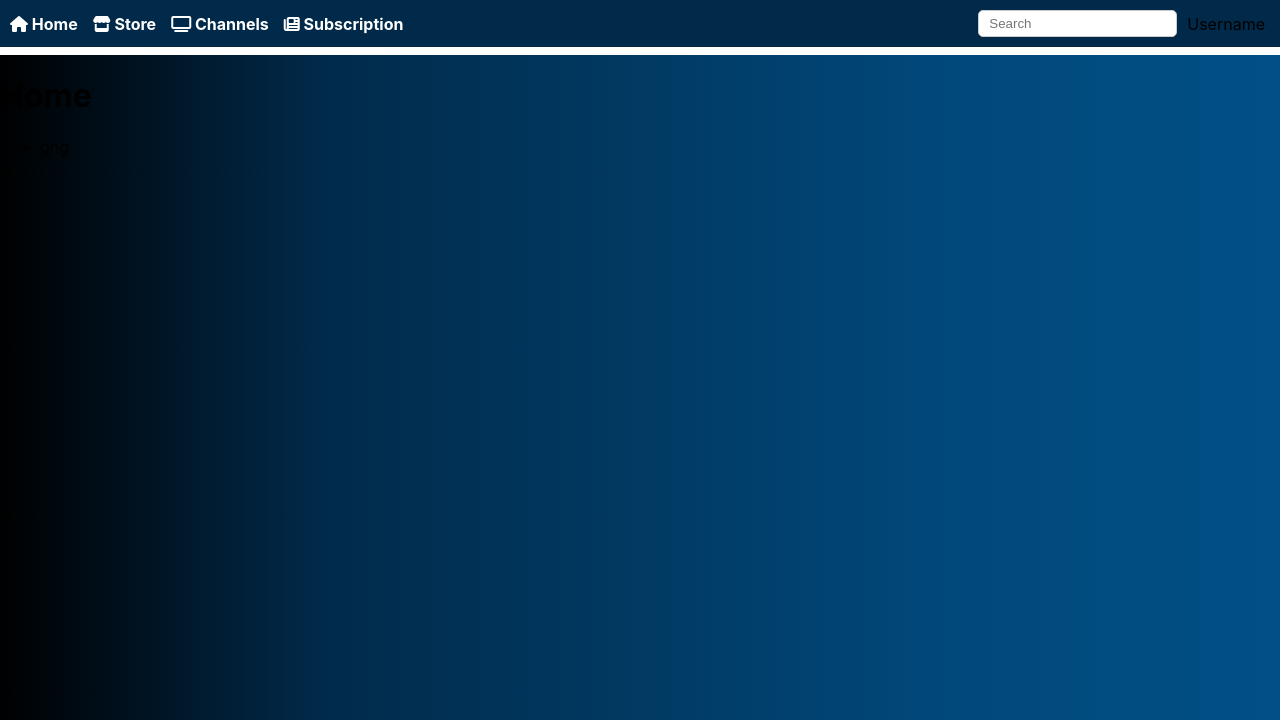
Repository: gordonnrat/group-2-project
Page: / (app in source-code/)
These files come from the project's save history. The page is drawn as it stood at one moment and after a run of saves; the edit follows.
The browser window is 1280 px wide. The pictures show the whole page.
The project was rebuilt for these pictures with package versions that can differ from the ones it lists, and the page was loaded fresh each time. Also part of the build but not shown: source-code/src/App.css, source-code/src/App.js, source-code/src/components/pages/Login.js.

Above is the page before, as saved 2023-07-21 10:38:47.

After the next 5 saves:
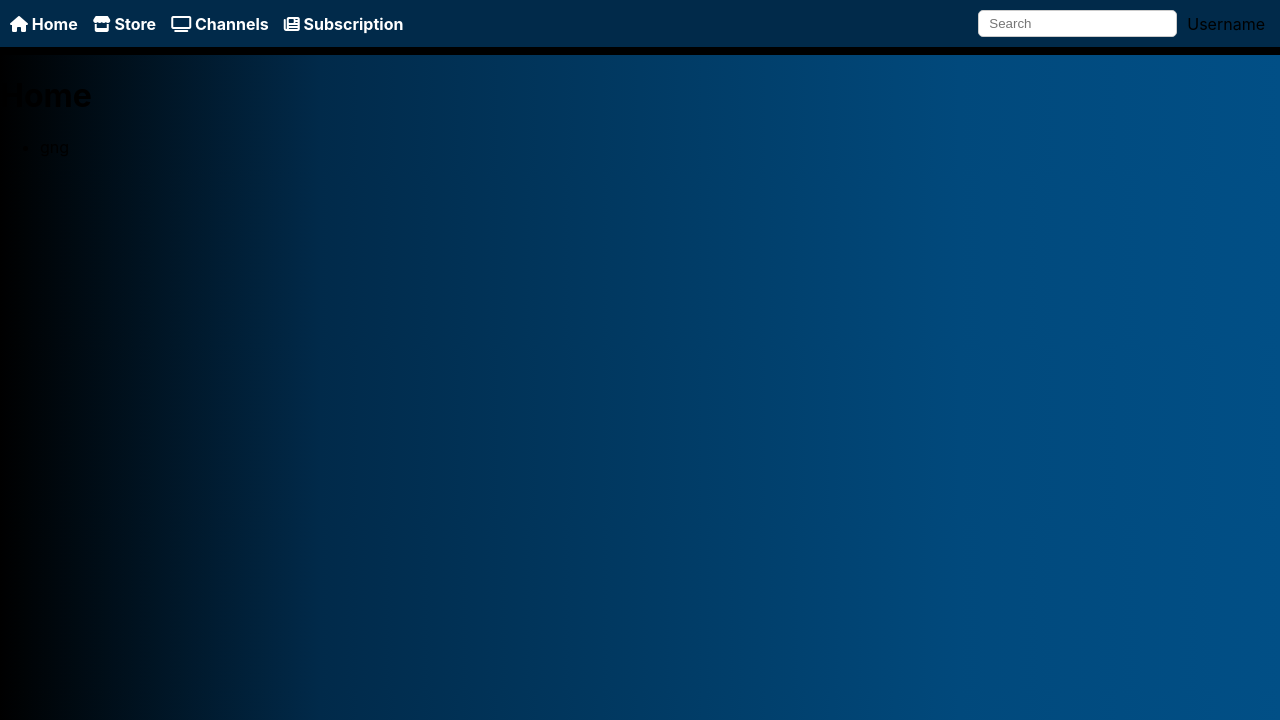
The 5 saves are shown as one change because they came seconds apart.
The last was saved 19 s later.
--- a/source-code/src/components/Navbar.css
+++ b/source-code/src/components/Navbar.css
@@ -9,7 +9,7 @@
     justify-content: space-between;
     align-items: center;
     /* Add border line to the bottom of the navigation bar */
-    border-bottom: 8px solid #fff; /* Replace #fff with your desired border color */
+    border-bottom: 8px solid black; /* Replace #fff with your desired border color */
 }
 
 
